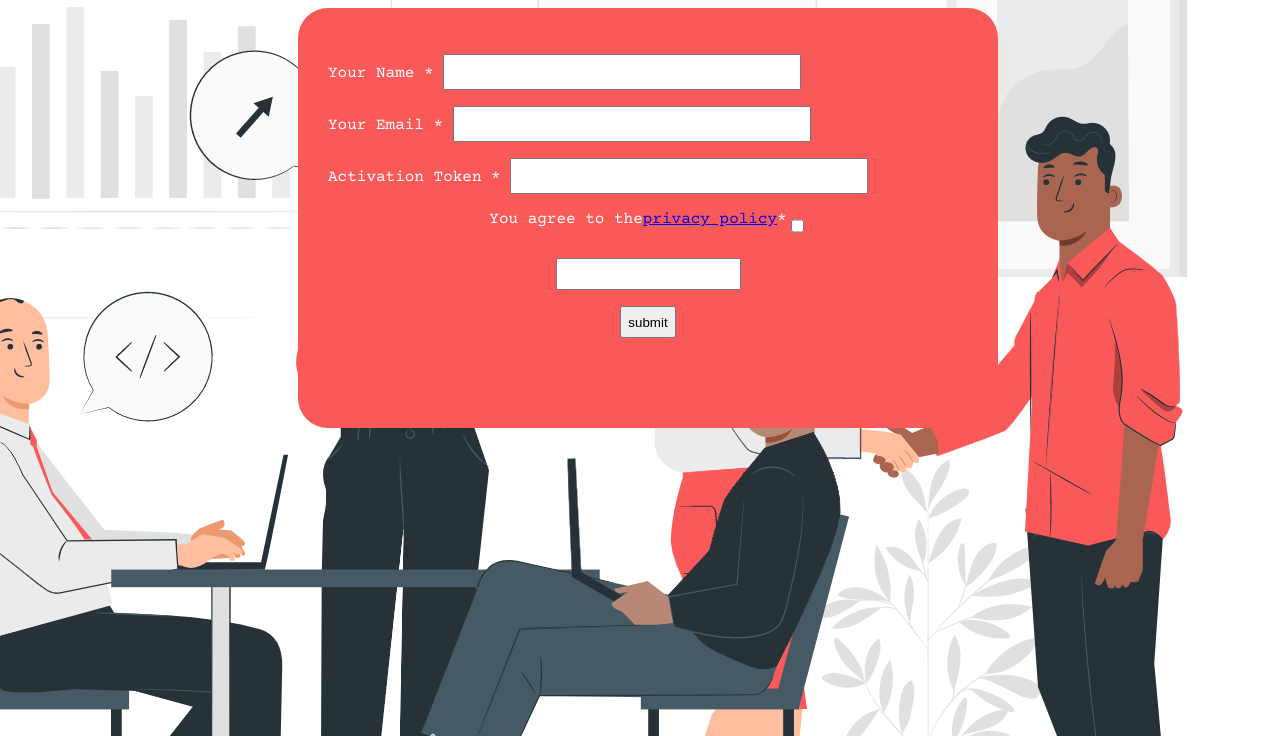
Repository: Rachael4life/Assignment-1
Page: starter-code/src/index.html
These files come from the project's save history. The page is drawn as it stood at one moment and after the next save; the edit follows.
The browser window is 1280 px wide. The page is 1288 px wide, so the pictures cover 1288 px, including what lies to the right of the window. The pictures show the whole page.

Above is the page before, as saved 2022-02-25 15:41:22.

After the next save:
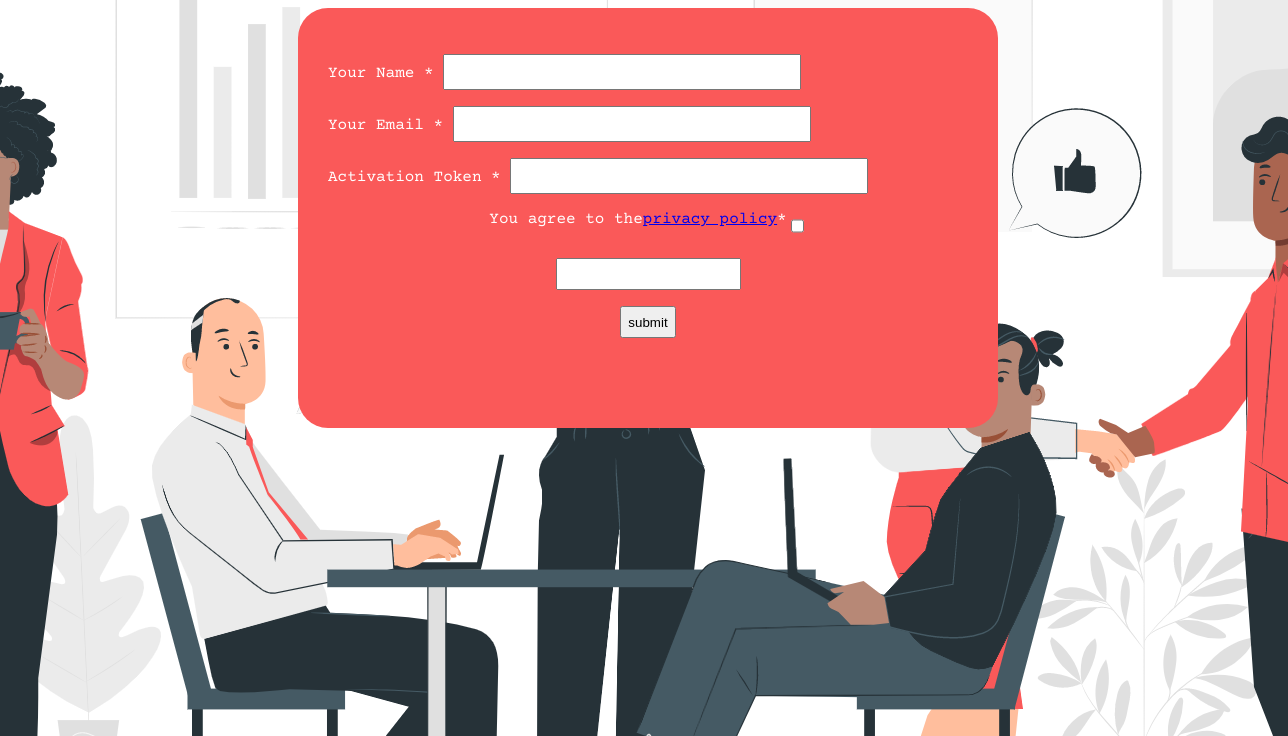
Saved 19 s later.
--- a/starter-code/src/style.css
+++ b/starter-code/src/style.css
@@ -4,7 +4,7 @@ body {
     width: 100vw;
     height: 100vh;
     background-image: url("img.png");
-    background-position: 100%;
+    background-position: 70%;
 }
 form {
     background-color: #fa5959;
